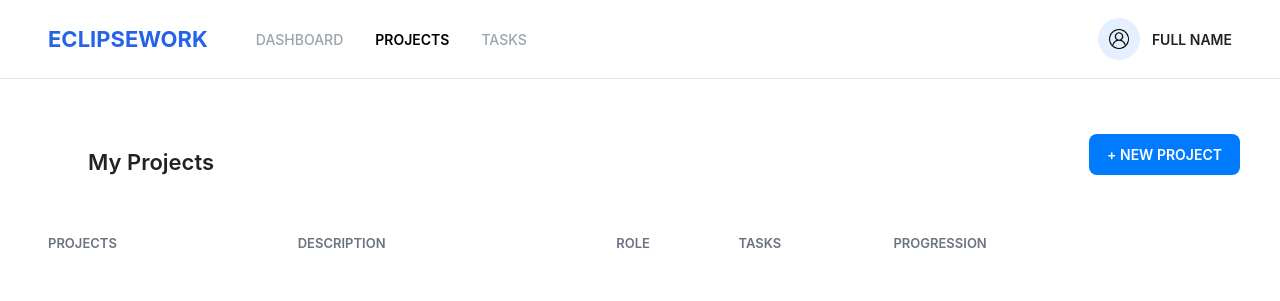
Repository: lynaannou/work-management-app
Page: src/main/resources/ressources/view/projects.html
The author's editor kept a copy of each file at every save. The page is drawn from the files as they stood at one save, then again after the next save.
The browser window is 1280 px wide. The pictures show the whole page.

Above is the page before, as saved 2025-12-24 22:20:01.

### src/main/resources/ressources/view/projects.html
<!DOCTYPE html>
<html lang="en">
<head>
  <meta charset="UTF-8">
  <title>ECLIPSEWORK – Projects</title>
  <link rel="stylesheet" href="projects.css">
</head>
<body>

<!-- =========================
     NAVBAR
========================= -->
<div class="navbar">
  <div class="nav-left">
    <div class="brand">ECLIPSEWORK</div>

    <div class="nav-links">
      <a href="#" onclick="goDashboard()">DASHBOARD</a>
      <a href="#" class="active">PROJECTS</a>
      <a href="#" onclick="goTasks()">TASKS</a>
    </div>
  </div>

  <div class="nav-right">
    <div class="avatar">
      <img src="user.png" alt="user">
    </div>
    <div class="user-name">FULL NAME</div>
  </div>
</div>

<!-- =========================
     PAGE HEADER
========================= -->
<div class="page-header">
  <h2>My Projects</h2>

  <button class="btn-primary" onclick="openNewProject()">
    + NEW PROJECT
  </button>
</div>


<!-- =========================
     PROJECTS TABLE
========================= -->
<table id="projectsTable">
  <thead>
    <tr>
      <th>PROJECTS</th>
      <th>DESCRIPTION</th>
      <th>ROLE</th>
      <th class="col-center">TASKS</th>
      <th class="col-center">PROGRESSION</th>
    </tr>
  </thead>
  <tbody></tbody>
</table>

<script>
function loadProjects(data) {
  if (data.length > 0 && data[0].leader) {
    const leader = data[0].leader;
    document.querySelector(".user-name").textContent =
      leader.firstName + " " + leader.lastName;
  }

  const tbody = document.querySelector("#projectsTable tbody");
  tbody.innerHTML = "";

  data.forEach(ws => {
    const done = ws.progress.done;
    const total = ws.progress.total;
    const pct = total === 0 ? 0 : Math.round(done / total * 100);

    const roleClass =
      ws.leader && ws.leader.user_id === window.currentUserId
        ? "leader"
        : "member";

    const roleLabel = roleClass === "leader" ? "LEADER" : "MEMBER";

    const tr = document.createElement("tr");

    tr.innerHTML = `
      <td>
        <div class="project-name">
          ${ws.workspace.name}
          <span class="edit">✎</span>
        </div>
      </td>

      <td>${ws.workspace.description || "—"}</td>

      <td>
        <span class="role ${roleClass}">
          ${roleLabel}
        </span>
      </td>

      <td class="col-center">
        <button class="btn">SEE TASKS</button>
      </td>

      <td class="col-center">
        <button class="btn" onclick="openWorkspace(${ws.workspace.teamId})">
          ${pct}% – SEE PROGRESSION
        </button>
      </td>
    `;

    tbody.appendChild(tr);
  });
}

// JavaFX hooks
function openWorkspace(teamId) {
  if (window.java && window.java.openWorkspace) {
    window.java.openWorkspace(teamId);
  }
}

function openNewProject() {
  console.log("➕ New Project button clicked");
  if (window.java && window.java.openNewProject) {
    window.java.openNewProject();
  } else {
    console.warn("openNewProject() not implemented yet");
  }
}

function goDashboard() {
  if (window.java && window.java.goDashboard) {
    window.java.goDashboard();
  }
}

function goTasks() {
  if (window.java && window.java.goTasks) {
    window.java.goTasks();
  }
}
</script>

</body>
</html>

### src/main/resources/ressources/view/projects.css
/* =========================
   GLOBAL RESET
========================= */
* {
  margin: 0;
  padding: 0;
  box-sizing: border-box;
  font-family: "Inter", "Segoe UI", sans-serif;
}

body {
  background: #ffffff;
  color: #222;
}

/* =========================
   NAVBAR
========================= */
.navbar {
  display: flex;
  align-items: center;
  justify-content: space-between;
  padding: 18px 48px;
  border-bottom: 1px solid #e5e7eb;
}

.nav-left {
  display: flex;
  align-items: center;
  gap: 48px;
}

.brand {
  font-weight: 700;
  font-size: 22px;
  color: #2563eb;
}

.nav-links {
  display: flex;
  gap: 32px;
}

.nav-links a {
  text-decoration: none;
  font-size: 14px;
  font-weight: 500;
  color: #9ca3af;
}

.nav-links a.active {
  color: #000;
  font-weight: 600;
}

.nav-right {
  display: flex;
  align-items: center;
  gap: 12px;
}

.avatar {
  width: 42px;
  height: 42px;
  border-radius: 50%;
  background: #e5f0ff;
  display: flex;
  align-items: center;
  justify-content: center;
}

.avatar img {
  width: 20px;
}

.user-name {
  font-size: 14px;
  font-weight: 600;
}

/* =========================
   PAGE TITLE
========================= */
h2 {
  margin: 40px 48px 24px;
  font-size: 22px;
  font-weight: 600;
}

/* =========================
   TABLE
========================= */
#projectsTable {
  width: calc(100% - 96px);
  margin: 0 48px 40px;
  border-collapse: collapse;
}

#projectsTable thead th {
  text-align: left;
  font-size: 13px;
  font-weight: 600;
  color: #6b7280;
  padding: 16px 0;
}

#projectsTable tbody tr {
  border-top: 1px solid #e5e7eb;
}

#projectsTable tbody tr:last-child {
  border-bottom: 1px solid #e5e7eb;
}

#projectsTable td {
  padding: 22px 0;
  font-size: 14px;
  vertical-align: middle;
}

/* =========================
   PROJECT NAME
========================= */
.project-name {
  font-weight: 600;
  display: flex;
  align-items: center;
  gap: 8px;
}

.project-name .edit {
  font-size: 12px;
  cursor: pointer;
  color: #6b7280;
}

/* =========================
   ROLE BADGES
========================= */
.role {
  display: inline-flex;
  align-items: center;
  gap: 8px;
  padding: 6px 14px;
  border-radius: 999px;
  font-size: 12px;
  font-weight: 600;
}

.role.leader {
  background: #ede9fe;
  color: #5b21b6;
}

.role.member {
  background: #e0f2fe;
  color: #0369a1;
}

.role::before {
  content: "";
  width: 12px;
  height: 12px;
  border-radius: 50%;
  background: currentColor;
}

/* =========================
   ACTION BUTTONS
========================= */
.btn {
  padding: 10px 18px;
  border-radius: 999px;
  background: #e6f0f9;
  border: none;
  font-size: 12px;
  font-weight: 600;
  color: #111827;
  cursor: pointer;
}

.btn:hover {
  background: #dbeafe;
}

/* =========================
   ALIGNMENT HELPERS
========================= */
.col-center {
  text-align: center;
}

.col-right {
  text-align: right;
}
.page-header {
  display: flex;
  align-items: center;
  justify-content: space-between;
  margin: 30px 40px 20px;
}

.btn-primary {
  background-color: #007bff;
  color: #fff;
  border: none;
  padding: 12px 18px;
  font-size: 14px;
  font-weight: 600;
  border-radius: 8px;
  cursor: pointer;
}

.btn-primary:hover {
  background-color: #005fd1;
}

After the next save:
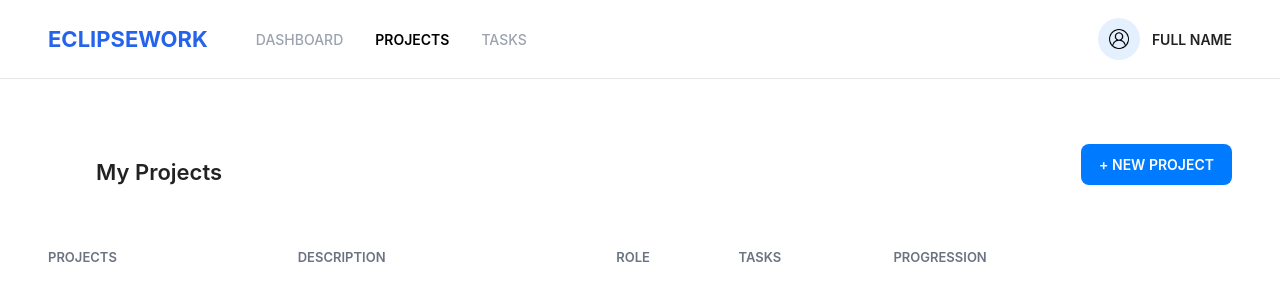
Saved 49 s later.
--- a/src/main/resources/ressources/view/projects.css
+++ b/src/main/resources/ressources/view/projects.css
@@ -197,7 +197,7 @@ h2 {
   display: flex;
   align-items: center;
   justify-content: space-between;
-  margin: 30px 40px 20px;
+  margin: 40px 48px 24px;
 }
 
 .btn-primary {
